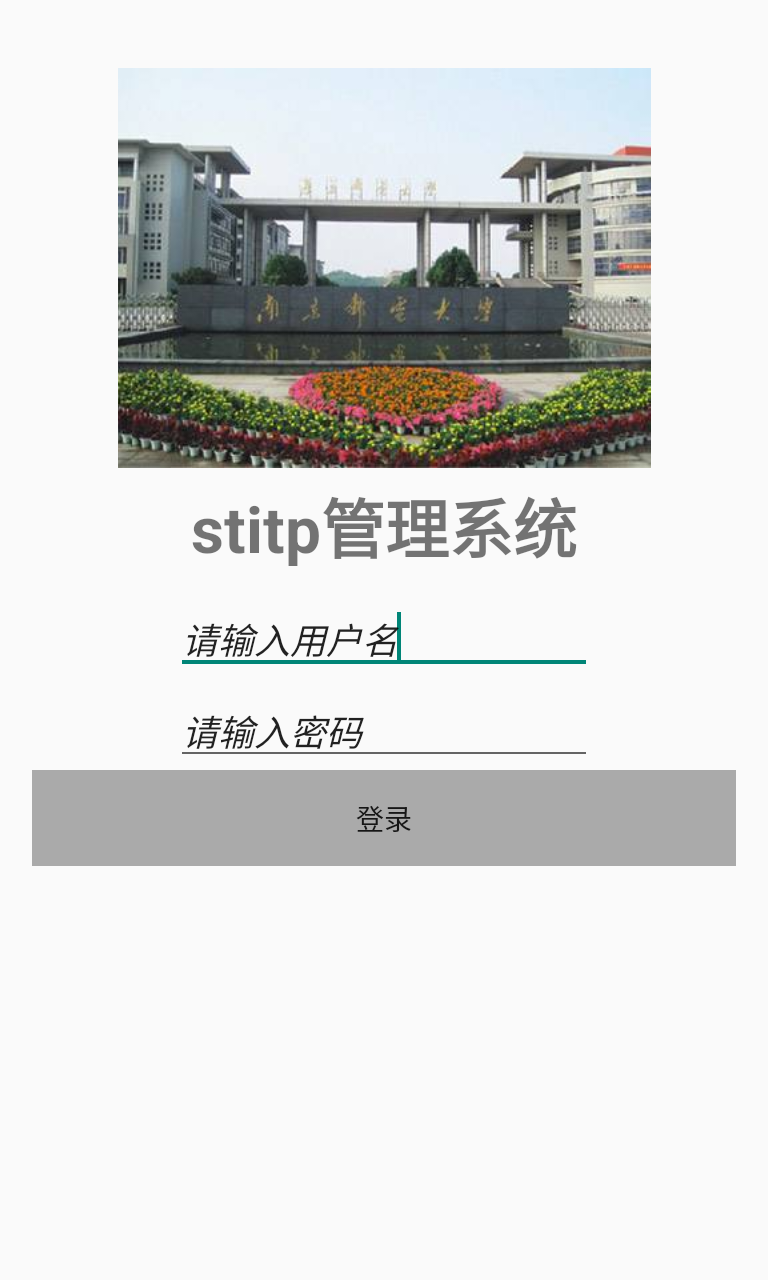
Repository: weizhaopeng/zhou_stitp
Layout: workspace/zhou/res/layout/fragment_main.xml
These files come from the project's save history. The layout is drawn as it stood at one moment and after the next save; the edit follows.
It is drawn on a 768 x 1280 px phone screen (xhdpi) without system bars, with theme AppTheme; the app's code is not run.

Above is the layout before, as saved 2018-11-28 06:16:52.

After the next save:
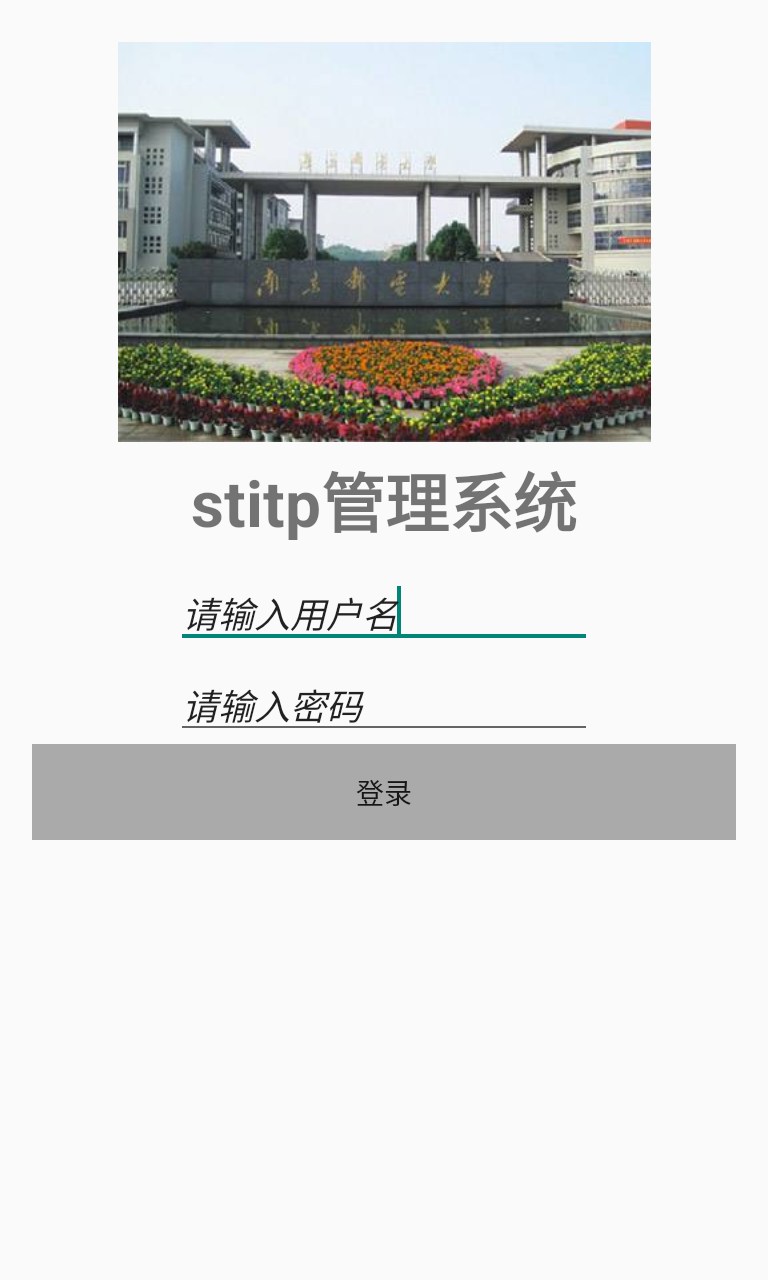
Saved 56 s later.
--- a/workspace/zhou/res/layout/fragment_main.xml
+++ b/workspace/zhou/res/layout/fragment_main.xml
@@ -15,7 +15,7 @@
         android:layout_height="wrap_content"
         android:layout_alignParentTop="true"
         android:layout_centerHorizontal="true"
-        android:layout_marginTop="18dp"
+        android:layout_marginTop="5dp"
         android:orientation="vertical" >
 
         <ImageView
